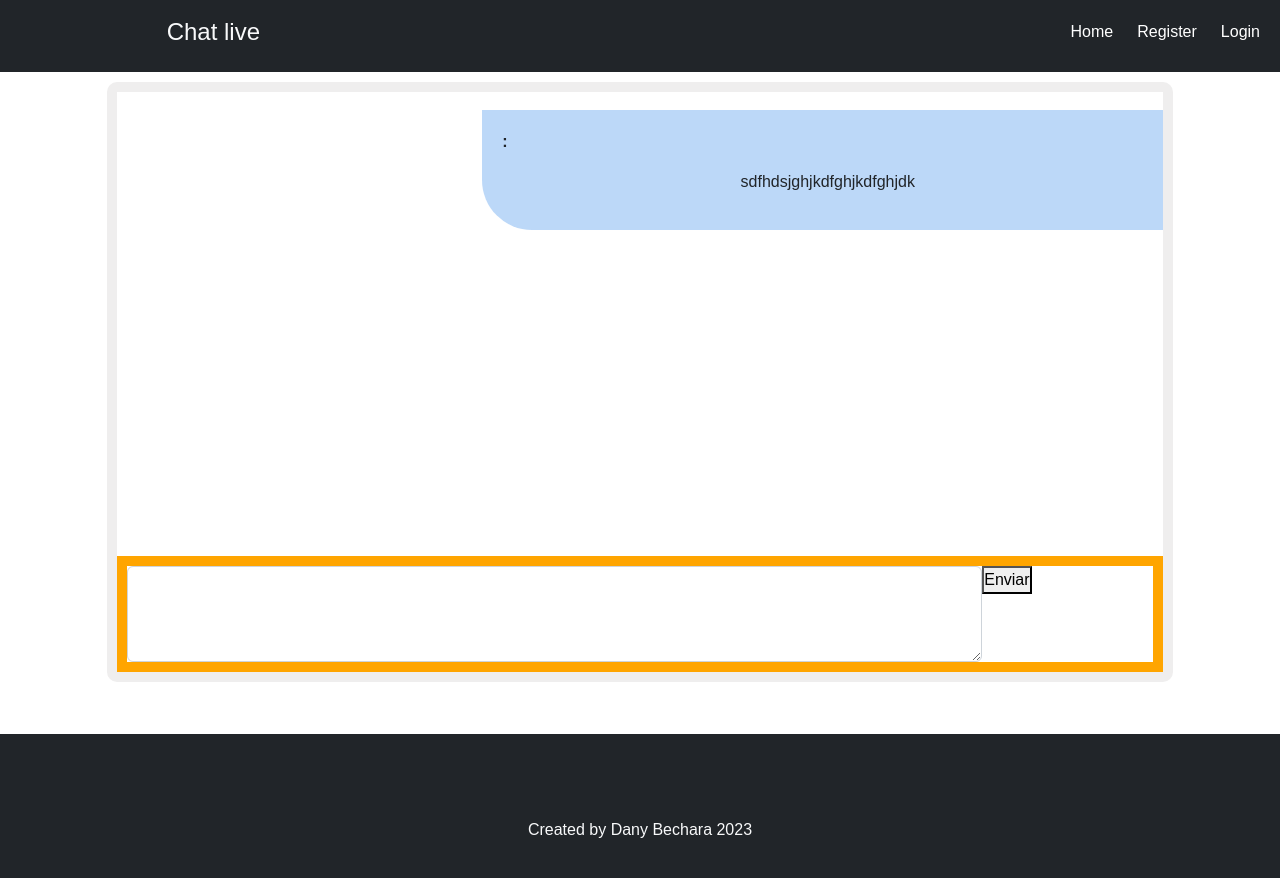
Repository: bechara611/chatv2
Page: /chat
These files come from the project's save history. The page is drawn as it stood at one moment and after the next save; the edit follows.
The browser window is 1280 px wide. The pictures show the whole page.
The page's requests for data from a server got no answer. The project was rebuilt for these pictures with package versions that can differ from the ones it lists, and the page was loaded fresh each time. Some packages were replaced by stand-ins written for this rebuild. No one was signed in, and anything a server would have sent is missing. Also part of the build but not shown: src/hooks/useForm.jsx, src/api/Instance.jsx, src/auth/hooks/useAuth.jsx, src/auth/components/login.jsx, src/auth/components/register.jsx, src/ui/components/Home.jsx, src/App.css.

Above is the page before, as saved 2023-03-16 15:11:04.

After the next save:
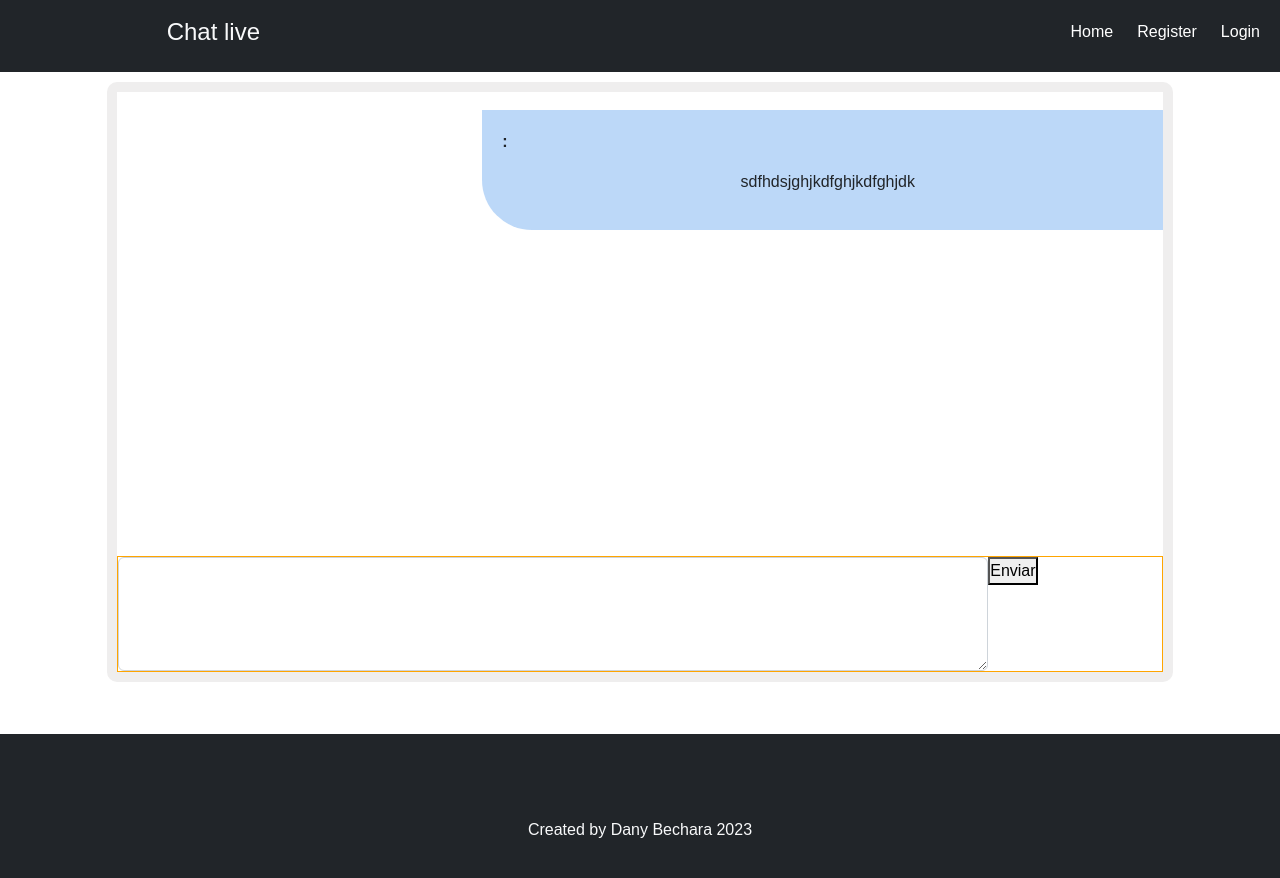
Saved 8 s later.
--- a/src/chat/components/chat.css
+++ b/src/chat/components/chat.css
@@ -40,7 +40,7 @@
 .parteInputs {
     height: 20%;
     max-height: 20%;
-    border: 10px solid orange;
+    border: 1px solid orange;
     display: flex;
     flex-direction: row;
     justify-content: space-between;
